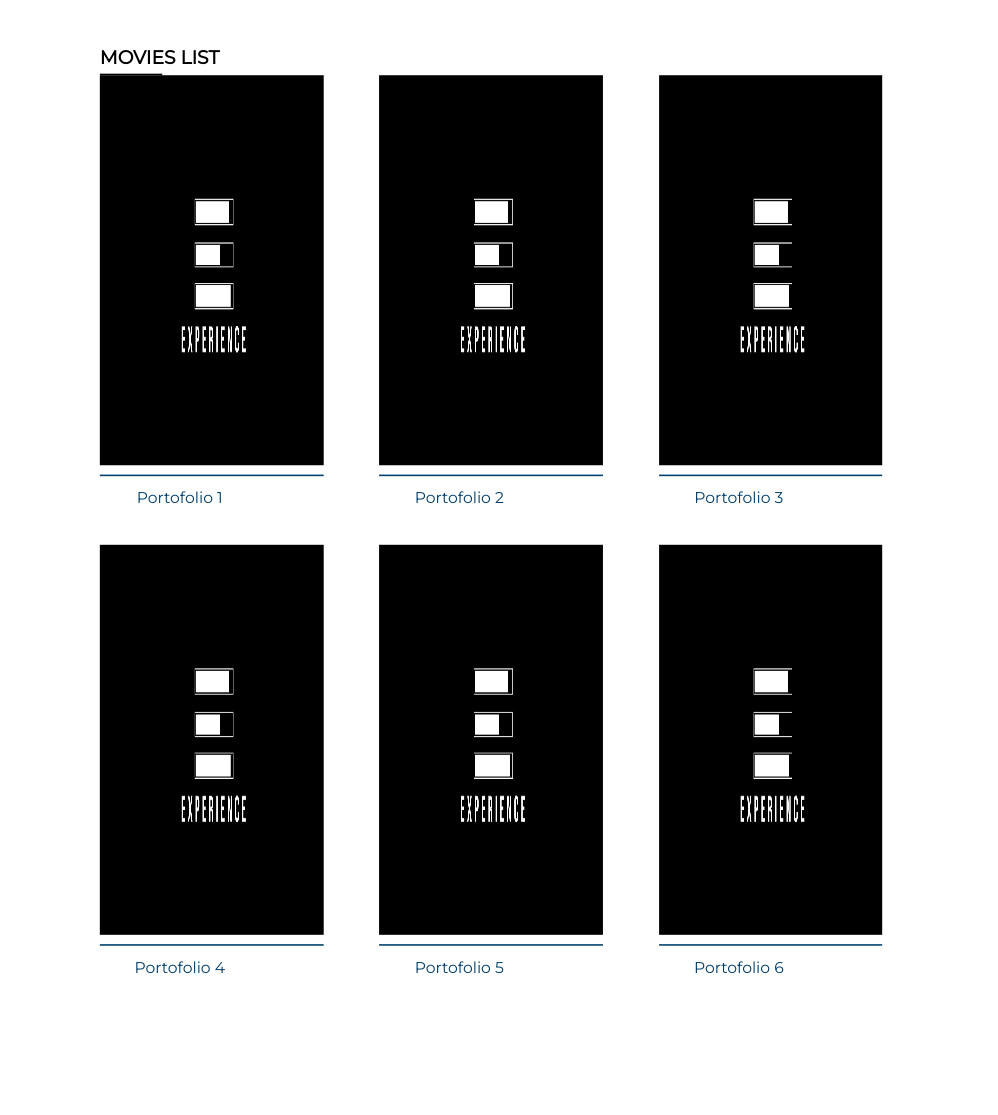
Repository: Ryuzuky07/expweb_movie
Page: HTML/movie1.html
An editor plug-in stored every save of this project. The page is shown before and after a run of saves, followed by the edit.
The browser window is 1280 px wide. The pictures show the part of the page from y = 761 to 2272 px (the page is 2191 px tall before and 2272 px after), at 78% of full size.
Some web libraries are served in a nearby version.

Above is the page before, as saved 2021-11-26 11:52:24.
Console error: TypeError: Cannot read properties of undefined (reading 'style')

After the next 3 saves:
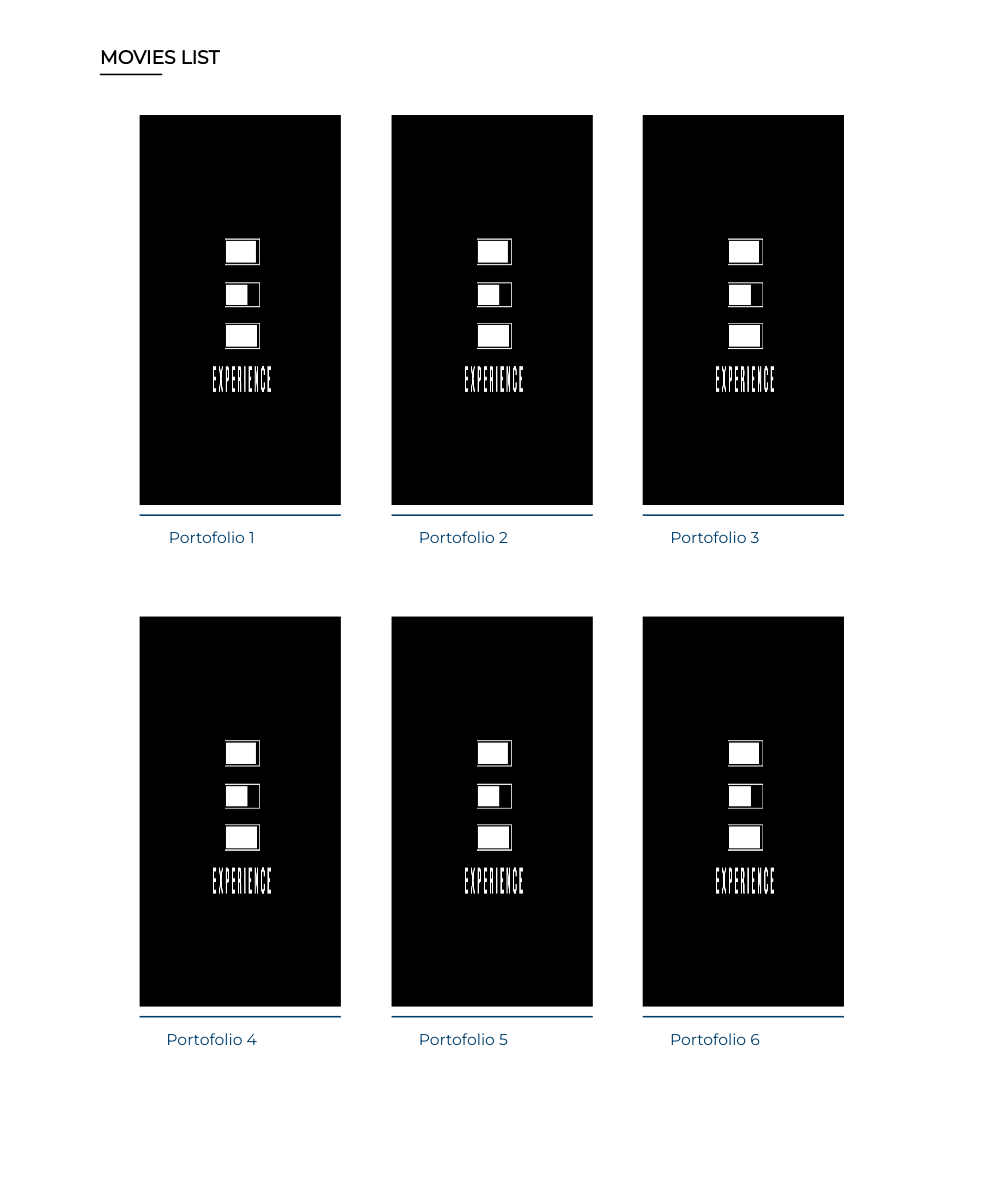
The 3 saves are shown as one change because they came seconds apart.
The last was saved 11 s later.
--- a/CSS/movie.css
+++ b/CSS/movie.css
@@ -256,6 +256,7 @@
 .porto{
     max-height: 100%;
     display: flex;
+    margin: 5%;
 
 }
 .folio:hover{

After the save that followed:
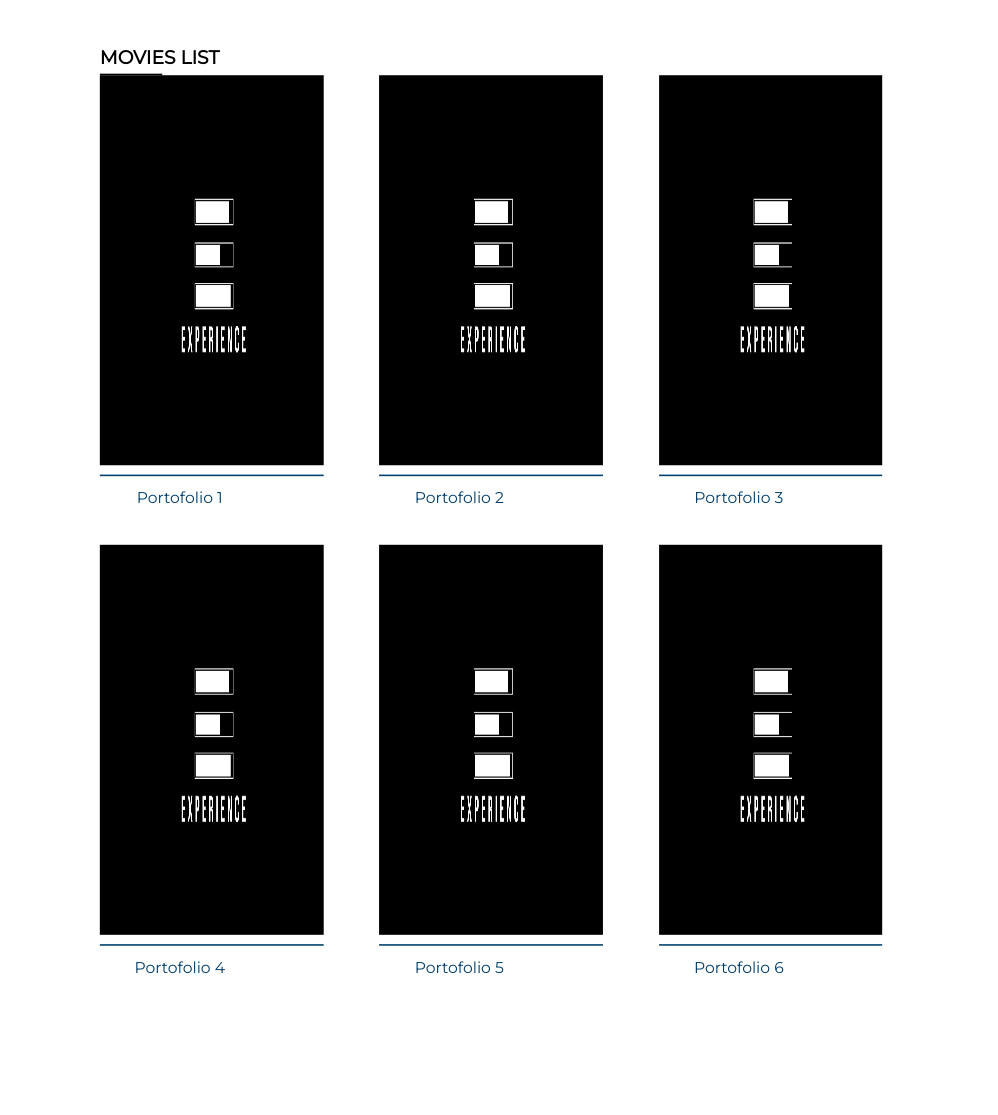
Saved 6 s later.
--- a/CSS/movie.css
+++ b/CSS/movie.css
@@ -256,7 +256,6 @@
 .porto{
     max-height: 100%;
     display: flex;
-    margin: 5%;
 
 }
 .folio:hover{
